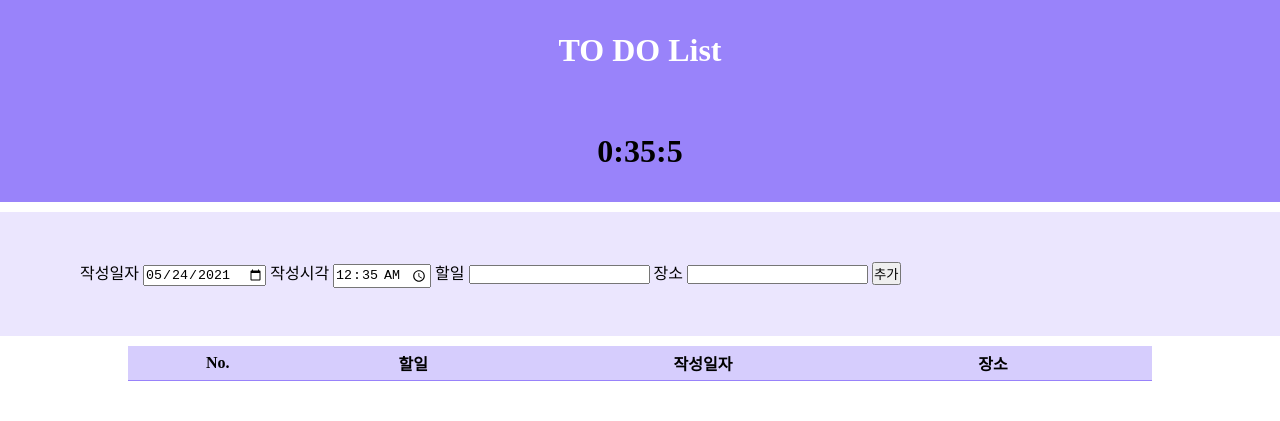
Repository: soyeon-noh/TodoList_Project
Page: http://localhost/Server_PR_TodoList/
These files come from the project's save history. The page is drawn as it stood at one moment and after the next save; the edit follows.
The browser window is 1280 px wide. The pictures show the whole page.
The page is served by Tomcat 9. Queries for data that is not in the repository find no rows.

Above is the page before, as saved 2021-05-25 02:48:24.

After the next save:
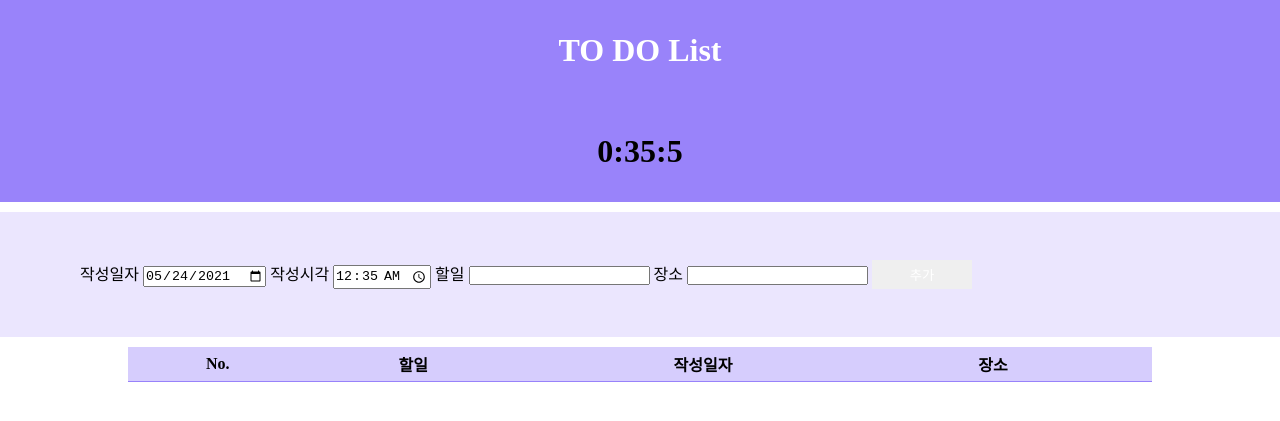
Saved 77 s later.
--- a/Server_PR_TodoList/src/main/webapp/static/css/home.css
+++ b/Server_PR_TodoList/src/main/webapp/static/css/home.css
@@ -23,7 +23,6 @@ form.v1 {
 
 form.v1 div{
 	display: inline-block;
-	text-align: center;
 }
 
 form.v1 label{
@@ -32,7 +31,11 @@ form.v1 label{
 }
 
 form.v1 button{
-
+		outline: 0;
+		border: 0;
+		width: 100px;
+		color: white;
+		padding: 5px;
 }
 
 table {
